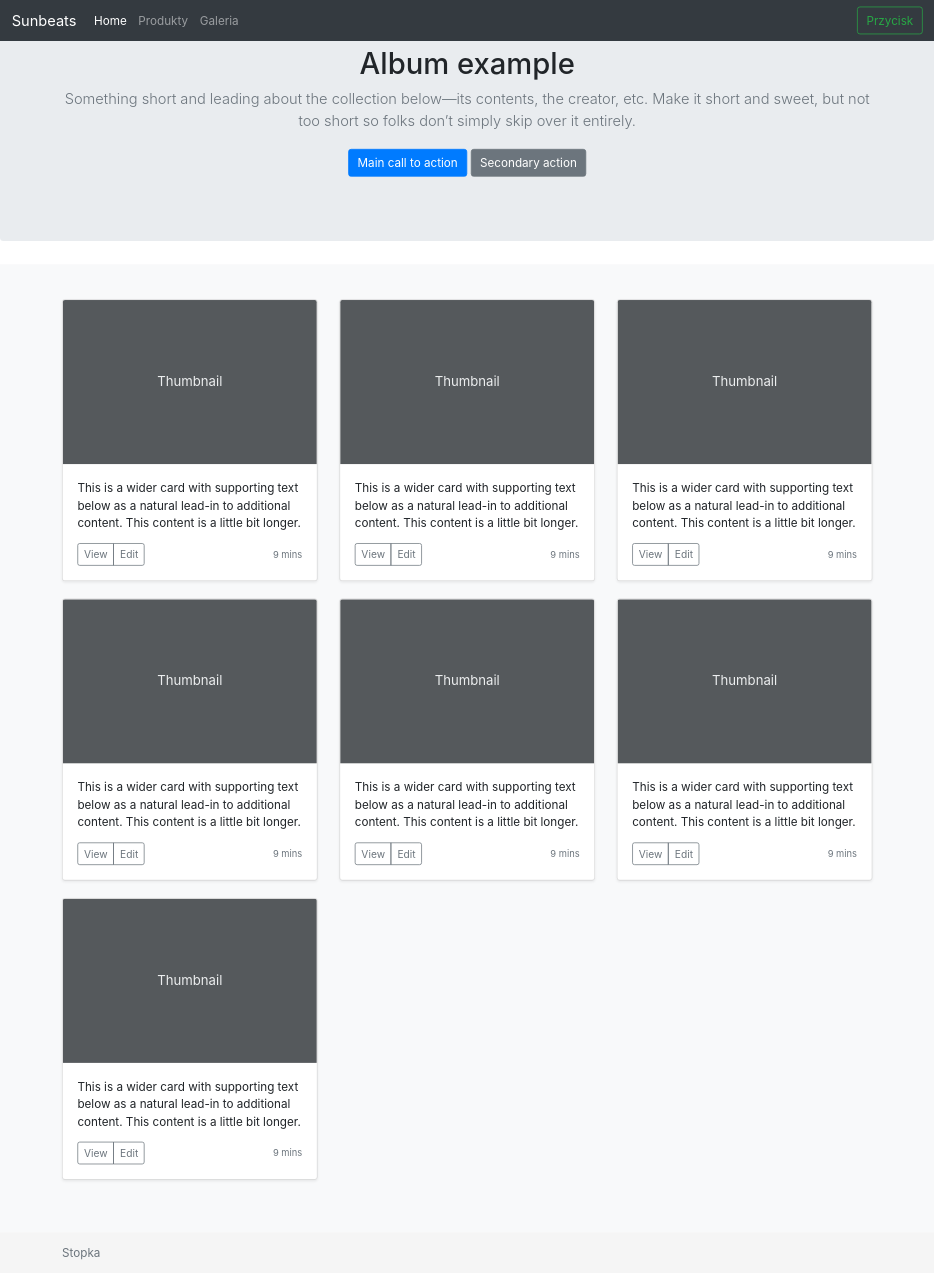
Repository: Audio-site/sunbeats
Page: index.html
An editor plug-in stored every save of this project. The page is shown before and after the next save, followed by the edit.
The browser window is 1280 px wide. The pictures show the whole page, at 73% of full size.

Above is the page before, as saved 2020-08-25 00:13:32.

After the next save:
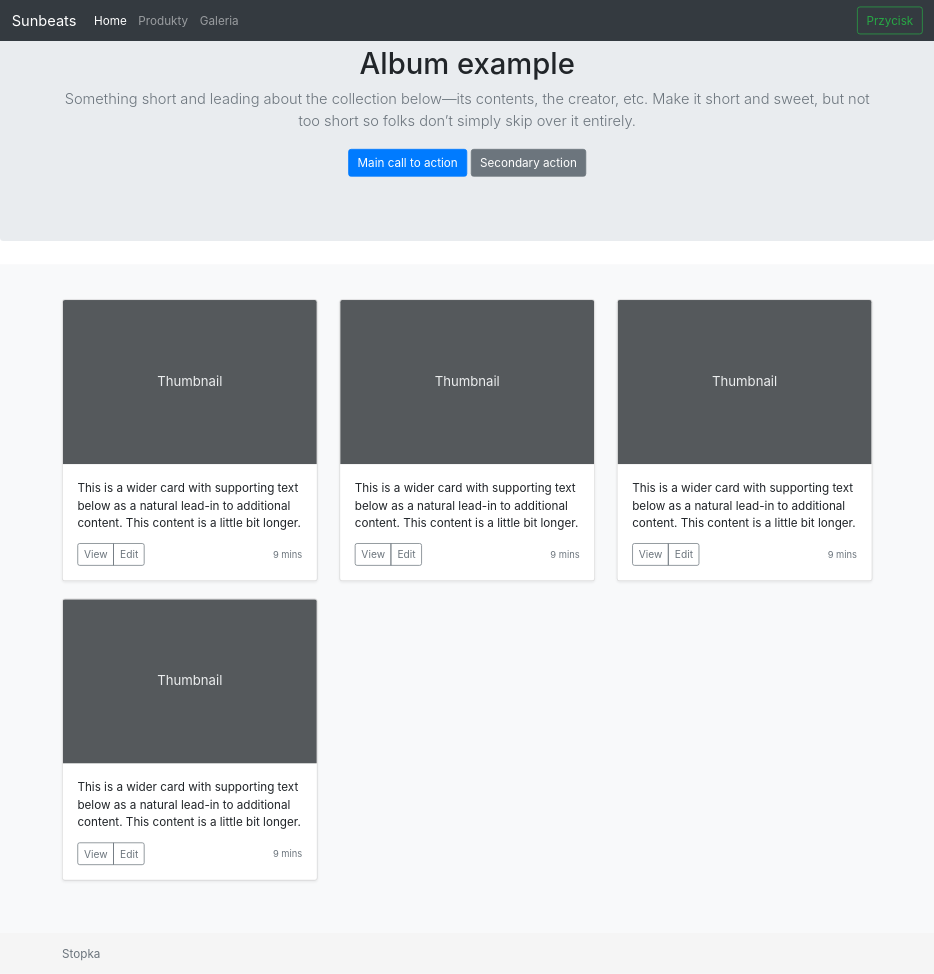
Saved 31 s later.
--- a/index.html
+++ b/index.html
@@ -76,51 +76,6 @@
     <div class="container">
 
       <div class="row">
-        <div class="col-md-4">
-          <div class="card mb-4 shadow-sm">
-            <svg class="bd-placeholder-img card-img-top" width="100%" height="225" xmlns="http://www.w3.org/2000/svg" preserveAspectRatio="xMidYMid slice" focusable="false" role="img" aria-label="Placeholder: Thumbnail"><title>Placeholder</title><rect width="100%" height="100%" fill="#55595c"/><text x="50%" y="50%" fill="#eceeef" dy=".3em">Thumbnail</text></svg>
-            <div class="card-body">
-              <p class="card-text">This is a wider card with supporting text below as a natural lead-in to additional content. This content is a little bit longer.</p>
-              <div class="d-flex justify-content-between align-items-center">
-                <div class="btn-group">
-                  <button type="button" class="btn btn-sm btn-outline-secondary">View</button>
-                  <button type="button" class="btn btn-sm btn-outline-secondary">Edit</button>
-                </div>
-                <small class="text-muted">9 mins</small>
-              </div>
-            </div>
-          </div>
-        </div>
-        <div class="col-md-4">
-          <div class="card mb-4 shadow-sm">
-            <svg class="bd-placeholder-img card-img-top" width="100%" height="225" xmlns="http://www.w3.org/2000/svg" preserveAspectRatio="xMidYMid slice" focusable="false" role="img" aria-label="Placeholder: Thumbnail"><title>Placeholder</title><rect width="100%" height="100%" fill="#55595c"/><text x="50%" y="50%" fill="#eceeef" dy=".3em">Thumbnail</text></svg>
-            <div class="card-body">
-              <p class="card-text">This is a wider card with supporting text below as a natural lead-in to additional content. This content is a little bit longer.</p>
-              <div class="d-flex justify-content-between align-items-center">
-                <div class="btn-group">
-                  <button type="button" class="btn btn-sm btn-outline-secondary">View</button>
-                  <button type="button" class="btn btn-sm btn-outline-secondary">Edit</button>
-                </div>
-                <small class="text-muted">9 mins</small>
-              </div>
-            </div>
-          </div>
-        </div>
-        <div class="col-md-4">
-          <div class="card mb-4 shadow-sm">
-            <svg class="bd-placeholder-img card-img-top" width="100%" height="225" xmlns="http://www.w3.org/2000/svg" preserveAspectRatio="xMidYMid slice" focusable="false" role="img" aria-label="Placeholder: Thumbnail"><title>Placeholder</title><rect width="100%" height="100%" fill="#55595c"/><text x="50%" y="50%" fill="#eceeef" dy=".3em">Thumbnail</text></svg>
-            <div class="card-body">
-              <p class="card-text">This is a wider card with supporting text below as a natural lead-in to additional content. This content is a little bit longer.</p>
-              <div class="d-flex justify-content-between align-items-center">
-                <div class="btn-group">
-                  <button type="button" class="btn btn-sm btn-outline-secondary">View</button>
-                  <button type="button" class="btn btn-sm btn-outline-secondary">Edit</button>
-                </div>
-                <small class="text-muted">9 mins</small>
-              </div>
-            </div>
-          </div>
-        </div>
 
         <div class="col-md-4">
           <div class="card mb-4 shadow-sm">
@@ -184,6 +139,9 @@
           </div>
         </div>
 
+
+
+
       </div>
     </div>
   </div>
